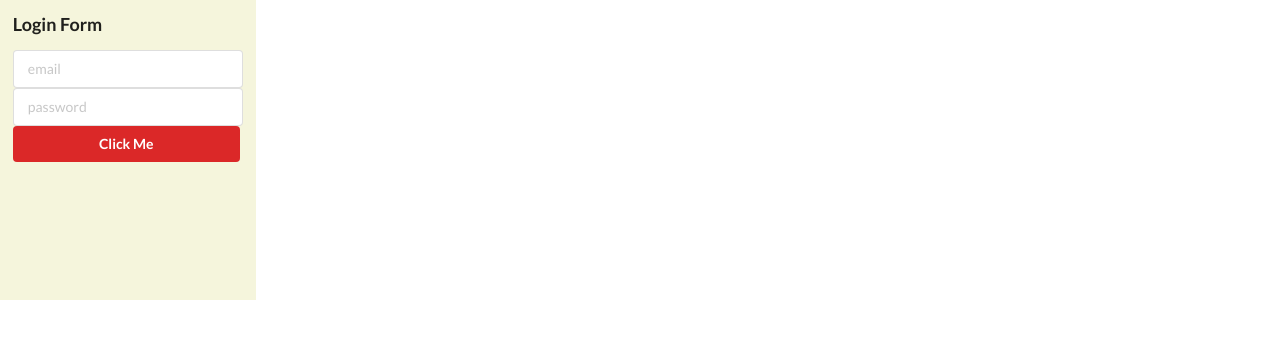
Repository: anagarango/dai-week4-assignment
Page: / (app in dai_web_ex/)
An editor plug-in stored every save of this project. The page is shown before and after the next save, followed by the edit.
The browser window is 1280 px wide. The pictures show the whole page.
The project was rebuilt for these pictures with package versions that can differ from the ones it lists, and the page was loaded fresh each time. The framework's server and built-in components were replaced by stand-ins that run in the browser. Also part of the build but not shown: dai_web_ex/next.config.js.

Above is the page before, as saved 2022-09-26 16:18:55.

After the next save:
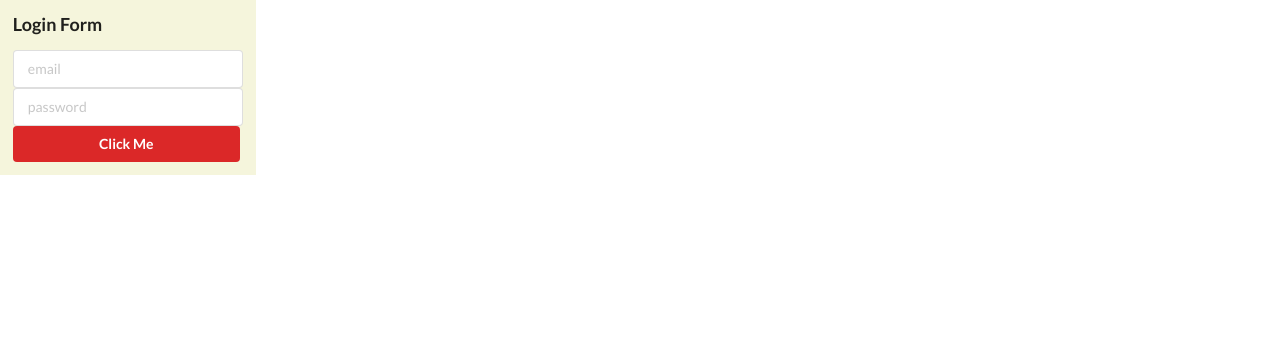
Saved 10 s later.
--- a/dai_web_ex/comps/loginform/index.js
+++ b/dai_web_ex/comps/loginform/index.js
@@ -8,7 +8,7 @@ export default function LoginForm({
 
   const Box = styled.div`
     width: 20%;
-    height: 300px;
+    height: 10%;
     background-color: beige;
     display:flex;
     flex-direction: column;
